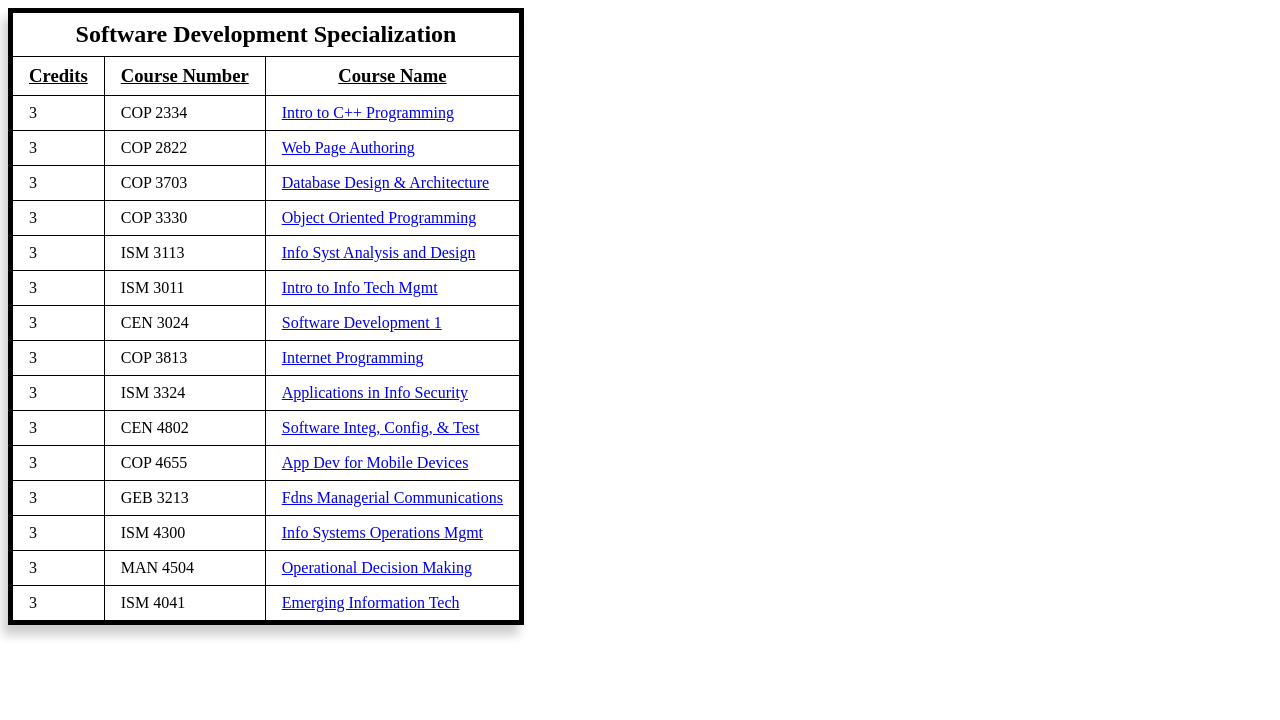
Repository: mlmEFSC21/P5-DegreeTableStyling
Page: FormattedProgramSpecialization2.html
These files come from the project's save history. The page is drawn as it stood at one moment and after the next save; the edit follows.
The browser window is 1280 px wide. The pictures show the whole page.
Some web fonts or font styles are not loaded; a fallback is used.

Above is the page before, as saved 2022-02-07 16:22:30.

After the next save:
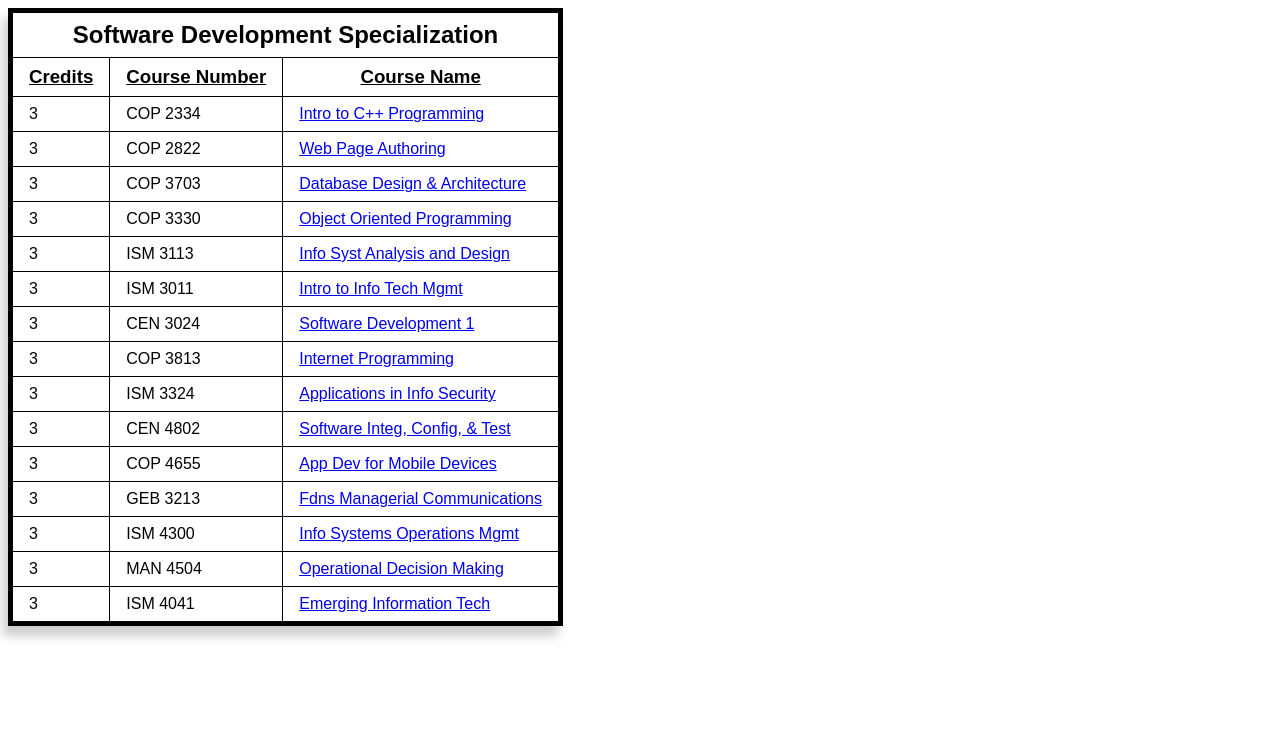
Saved 77 s later.
--- a/FormattedProgramSpecialization2.html
+++ b/FormattedProgramSpecialization2.html
@@ -11,6 +11,10 @@
             rel="stylesheet"
         />
         <style>
+            body {
+                font-family: Spectral, sans-serif;
+                height: 100vh;
+            }
             table {
                 border-collapse: collapse;
                 box-shadow: -5px 10px 10px rgba(0, 0, 0, 0.2);
